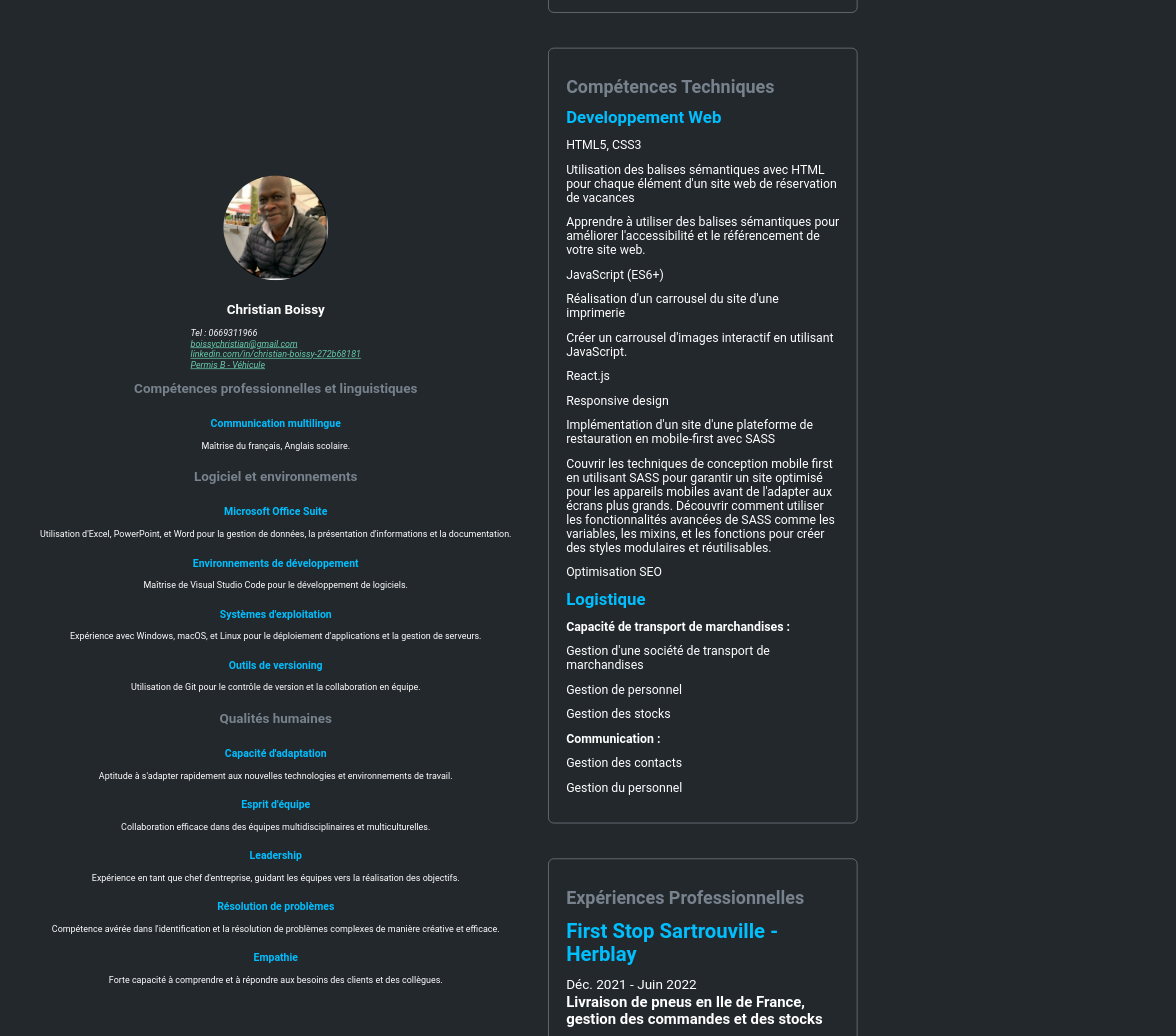
Repository: Christian121966/cv-logistique
Page: /
The author's editor kept a copy of each file at every save. The page is drawn from the files as they stood at one save, then again after a run of saves.
The browser window is 1280 px wide. The page is 1680 px wide, so the pictures cover 1680 px, including what lies to the right of the window. The pictures show the part of the page from y = 466 to 1946 px (the page is 2572 px tall before and 2627 px after), at 70% of full size.
The project was rebuilt for these pictures with package versions that can differ from the ones it lists, and the page was loaded fresh each time.

Above is the page before, as saved 2024-07-27 19:12:44.

### public/index.html
<!DOCTYPE html>
<html lang="en">
  <head>
    <meta charset="utf-8" />
    <link rel="icon" href="%PUBLIC_URL%/favicon.ico" />
    <meta name="viewport" content="width=device-width, initial-scale=1" />
    <meta name="theme-color" content="#000000" />
    <meta name="description" content="Curriculum Vitae de Christian Boissy, développeur web front-end" />
    <meta name="keywords" content="Christian Boissy, CV, développeur front-end, React, Node.js, JavaScript" />
    <meta name="author" content="Christian Boissy" />

    <!-- Open Graph Meta Tags -->
    <meta property="og:title" content="CV de Christian Boissy" />
    <meta property="og:description" content="Curriculum Vitae de Christian Boissy, développeur web front-end" />
    <meta property="og:image" content="%PUBLIC_URL%/logo192.png" />
    <meta property="og:url" content="https://christian121966.github.io/cv-christian-boissy/" />
    <meta property="og:type" content="website" />

    <!-- Twitter Card Meta Tags -->
    <meta name="twitter:card" content="summary_large_image" />
    <meta name="twitter:title" content="CV de Christian Boissy" />
    <meta name="twitter:description" content="Curriculum Vitae de Christian Boissy, développeur web front-end" />
    <meta name="twitter:image" content="%PUBLIC_URL%/logo192.png" />

    <link rel="apple-touch-icon" href="%PUBLIC_URL%/logo192.png" />
    <link rel="manifest" href="%PUBLIC_URL%/manifest.json" />
    <title>CV-CHRISTIAN-BOISSY</title>

    <!-- Google Analytics -->
    <script async src="https://www.googletagmanager.com/gtag/js?id=G-K4EJ3NRTQS"></script>
    <script>
      window.dataLayer = window.dataLayer || [];
      function gtag(){dataLayer.push(arguments);}
      gtag('js', new Date());
      gtag('config', 'G-K4EJ3NRTQS');
    </script>
  </head>
  <body>
    <noscript>You need to enable JavaScript to run this app.</noscript>
    <div id="root"></div>
    <!--
      This HTML file is a template.
      If you open it directly in the browser, you will see an empty page.

      You can add webfonts, meta tags, or analytics to this file.
      The build step will place the bundled scripts into the <body> tag.

      To begin the development, run `npm start` or `yarn start`.
      To create a production bundle, use `npm run build` or `yarn build`.
    -->
  </body>
</html>

### src/index.js
import React from 'react';
import ReactDOM from 'react-dom/client';
import './index.css';
import App from './App';
import ReactGA from 'react-ga4';

ReactGA.initialize('G-K4EJ3NRTQS', {
  cookieFlags: 'SameSite=None; Secure'
});

ReactGA.send('pageview');

const root = ReactDOM.createRoot(document.getElementById('root'));
root.render(
  <React.StrictMode>
    <App />
  </React.StrictMode>
);

### src/App.js
import React from 'react';
import './App.css';
import Footer from './components/Footer';
import Section from './components/Section';
import Sidebar from './components/Sidebar';
import Formation from './components/Formation';
import CompetencesTechniques from './components/CompetencesTechniques';
import ExperiencesProfessionnelles from './components/ExperiencesProfessionnelles';

function App() {
  return (
    <div className="App">
      <header className="cv-title">
        <h1>Développeur - intégrateur Web</h1>
      </header>
      <div className="container">
        <Sidebar />
        <main>
          <div className="card">
            <Section title="Formation">
              <Formation />
            </Section>
          </div>
          <div className="card">
            <Section title="Compétences Techniques">
              <CompetencesTechniques />
            </Section>
          </div>
          <div className="card">
            <Section title="Expériences Professionnelles">
              <ExperiencesProfessionnelles />
            </Section>
          </div>
        </main>
      </div>
      <Footer />
    </div>
  );
}

export default App;

### src/App.css
@charset "UTF-8";
/* Variables de couleurs */
/* Mixins */
*,
*::before,
*::after {
  box-sizing: border-box;
  margin: 0;
  padding: 0;
}

body {
  background-color: rgb(35, 40, 45);
  color: rgb(255, 255, 255);
  font-family: "Roboto", sans-serif;
  padding: 0;
  margin: 0;
  overflow-x: hidden;
  overflow-y: auto;
}
body header.cv-title {
  display: flex;
  justify-content: center;
  position: relative;
  top: 185px;
  left: 0;
  margin-bottom: 2px;
}
body header.cv-title h1 {
  color: rgb(120, 130, 140);
  font-size: 1em;
}
body .container {
  display: flex;
  flex-direction: column;
  padding: 10px;
}
body .container .container {
  display: flex;
  flex-direction: column;
  padding: 10px;
}
body .container .sidebar {
  width: 100%;
  font-size: 0.8em;
  display: flex;
  flex-direction: column;
  justify-content: center;
  align-items: center;
  padding: 2px;
}
body .container .sidebar h2 {
  font-size: 1.5em;
  text-align: center;
  margin: 15px 0 15px 0;
  color: rgb(120, 130, 140);
}
body .container .sidebar .profile-photo {
  width: 150px;
  height: 150px;
  border-radius: 50%;
  margin-bottom: 30px;
  cursor: pointer;
  transition: width 0.3s ease, height 0.3s ease;
}
body .container .sidebar .profile-photo:hover {
  width: 360px;
  height: 360px;
  border-radius: 50%;
  margin-bottom: 30px;
}
body .container .sidebar address {
  margin-top: 15px;
}
body .container .sidebar address a {
  color: mediumaquamarine;
}
body .container .sidebar ul {
  list-style-type: none;
  text-align: center;
}
body .container .sidebar ul h3 {
  margin: 15px 0 15px 0;
  color: deepskyblue;
}
body .container .sidebar ul li {
  display: flex;
  flex-direction: column;
  margin-bottom: 10px;
  overflow-y: auto;
}
body .container .sidebar ul li li > span {
  display: block; /* Assurez-vous que span est affiché comme bloc */
  text-align: center; /* Exemple de centrage de span */
  color: #777; /* Exemple de couleur de texte */
}
body main {
  margin: 0;
}
body section h2 {
  font-size: 1.2em;
  margin: 15px 0 15px 0;
}
body .card {
  margin: 5px;
  padding: 10px;
  background: rgb(35, 40, 45);
  border: 1px solid rgb(120, 130, 140);
  border-radius: 8px;
}
body .card div, body .card ul {
  font-size: 0.9em;
  list-style-type: none;
  margin-bottom: 10px;
}
body .card h2 {
  color: rgb(120, 130, 140);
}
body .card h3 {
  font-size: 1.1em;
  margin: 15px 0 15px 0;
  color: deepskyblue;
}
body li {
  margin-bottom: 15px;
}
body p {
  font-size: 1em;
}
body footer p {
  font-size: 0.6em;
  display: flex;
  justify-content: center;
  text-align: center;
}

/* Pour les écrans de 320px à 425px */
@media screen and (max-width: 425px) {
  body header.cv-title {
    position: relative;
    top: 190px;
    left: 0;
    margin-bottom: 2px;
    text-align: center;
  }
  body header.cv-title h1 {
    color: rgb(120, 130, 140);
    font-size: 1.2em;
  }
  body .container {
    display: flex;
    flex-direction: column;
    padding: 10px;
  }
  body .sidebar {
    width: 100%;
    font-size: 0.8em;
    display: flex;
    flex-direction: column;
    justify-content: center;
    align-items: center;
    padding: 2px;
  }
  body .sidebar h2 {
    font-size: 1.1em;
    text-align: center;
    margin: 15px 0;
    color: rgb(120, 130, 140);
  }
  body .sidebar .profile-photo {
    width: 150px;
    height: 150px;
    border-radius: 50%;
    margin-bottom: 30px;
  }
  body .sidebar address {
    margin-top: 0;
  }
  body .sidebar address a {
    color: mediumaquamarine;
  }
  body .sidebar ul {
    list-style-type: none;
  }
  body .sidebar ul h3 {
    margin: 15px 0;
    color: deepskyblue;
    text-align: center;
  }
  body .sidebar ul li {
    margin-bottom: 10px;
    text-align: center;
  }
  body .sidebar ul li span {
    display: block;
    color: #ccc;
  }
  body main {
    margin: 0;
    padding: 15px;
  }
  body section h2 {
    font-size: 1.3em;
    margin: 15px 0;
  }
  body .card {
    margin: 10px;
    padding: 12px;
    background: rgb(35, 40, 45);
    border: 1px solid rgb(120, 130, 140);
    border-radius: 8px;
  }
  body .card div, body .card ul {
    font-size: 0.9em;
    list-style-type: none;
  }
  body .card h3 {
    font-size: 1.2em;
    margin: 15px 0;
    color: deepskyblue;
  }
  body p {
    font-size: 1em;
  }
  body footer p {
    font-size: 0.8em;
    display: flex;
    justify-content: center;
    text-align: center;
    margin: 10px;
  }
}
/* Pour les écrans de 768px et plus */
@media screen and (min-width: 768px) {
  body header.cv-title {
    top: 140px;
    left: 160px;
    margin-bottom: 20px;
  }
  body header.cv-title h1 {
    font-size: 1.5em;
  }
  body .container {
    display: flex;
    flex-direction: row;
    padding: 25px;
  }
  body .sidebar {
    width: 35%;
    font-size: 1.1em;
    padding: 15px;
    display: flex;
    flex-direction: column;
    justify-content: flex-start;
    align-items: center;
  }
  body .sidebar .profile-photo {
    width: 180px;
    height: 180px;
  }
  body .sidebar h2 {
    font-size: 1.3em;
  }
  body main {
    width: 65%;
    padding: 0 25px;
    display: flex;
    flex-direction: column;
    margin-top: 150px;
  }
  body section h2 {
    font-size: 1.5em;
  }
  body .card {
    margin: 20px 0;
    padding: 20px;
    background: rgb(35, 40, 45);
    border: 1px solid rgb(120, 130, 140);
    border-radius: 8px;
  }
  body .card div, body .card ul {
    font-size: 0.9em;
  }
  body .card h3 {
    font-size: 1.4em;
  }
  body p {
    font-size: 0.9em;
  }
  footer {
    display: flex;
    justify-content: center;
    align-items: center;
    margin-top: 20px;
  }
  footer p {
    font-size: 0.8em;
  }
}
/* Pour les écrans de 1024px et plus */
@media screen and (min-width: 1024px) {
  body header.cv-title {
    top: 170px;
    left: 400px;
    margin-bottom: 25px;
    overflow-y: hidden;
    overflow-x: hidden;
  }
  body header.cv-title h1 {
    font-size: 1.7em;
  }
  body .container {
    padding: 30px;
  }
  body .sidebar {
    width: 35%;
    font-size: 1.2em;
    padding: 20px;
  }
  body .sidebar .profile-photo {
    width: 190px;
    height: 190px;
  }
  body .sidebar h2 {
    font-size: 1.4em;
  }
  body section h2 {
    font-size: 1.6em;
  }
  body .card {
    margin: 25px 0;
    padding: 25px;
  }
  body .card div, body .card ul {
    font-size: 1.1em;
  }
  body .card h3 {
    font-size: 1.5em;
  }
  body p {
    font-size: 1em;
  }
}/*# sourceMappingURL=App_20240721023703.css.map */

### src/components/Footer.js
import React from 'react';

const Footer = () => {
  return (
    <footer>
      <p>© 2024 Christian Boissy. Tous droits réservés.</p>
    </footer>
  );
};

export default Footer;

### src/components/Section.js
import React from 'react';

const Section = ({ title, children }) => {
  return (
    <section>
      <h2>{title}</h2>
      {children}
    </section>
  );
};

export default Section;

### src/components/Sidebar.js
import React from 'react';
import ReactGA from 'react-ga4';

function handleEmailClick() {
  ReactGA.event({
    category: 'User',
    action: 'Clicked on Email Link',
    label: 'Email'
  });
}

function handleLinkedInClick() {
  ReactGA.event({
    category: 'User',
    action: 'Clicked on LinkedIn Link',
    label: 'LinkedIn'
  });
}

const Sidebar = () => {
  return (
    <aside className="sidebar">
      <img src={`${process.env.PUBLIC_URL}/images/Chris.png`} alt="Chris" className="profile-photo" />
      <h1>Christian Boissy</h1>
      <address>
        Tel : 0669311966<br />
        <a href="mailto:boissychristian@gmail.com" onClick={handleEmailClick}>boissychristian@gmail.com</a><br />
        <a href="https://linkedin.com/in/christian-boissy-272b68181" target="_blank" rel="noopener noreferrer" onClick={handleLinkedInClick}>
          linkedin.com/in/christian-boissy-272b68181
          <p>Permis B - Véhicule</p>
        </a>
      </address>
      <h2>Compétences professionnelles et linguistiques</h2>
      <ul>
        <li>
          <h3>Communication multilingue</h3>
          <span>Maîtrise du français, Anglais scolaire.</span>
        </li>
      </ul>
      <h2>Logiciel et environnements</h2>
      <ul>
        <li>
          <h3>Microsoft Office Suite</h3>
          <span>Utilisation d'Excel, PowerPoint, et Word pour la gestion de données, la présentation d'informations et la documentation.</span>
        </li>
        <li>
          <h3>Environnements de développement</h3>
          <span>Maîtrise de Visual Studio Code pour le développement de logiciels.</span>
        </li>
        <li>
          <h3>Systèmes d'exploitation</h3>
          <span>Expérience avec Windows, macOS, et Linux pour le déploiement d'applications et la gestion de serveurs.</span>
        </li>
        <li>
          <h3>Outils de versioning</h3>
          <span>Utilisation de Git pour le contrôle de version et la collaboration en équipe.</span>
        </li>
      </ul>
      <h2>Qualités humaines</h2>
      <ul>
        <li>
          <h3>Capacité d'adaptation</h3>
          <span>Aptitude à s'adapter rapidement aux nouvelles technologies et environnements de travail.</span>
        </li>
        <li>
          <h3>Esprit d'équipe</h3>
          <span>Collaboration efficace dans des équipes multidisciplinaires et multiculturelles.</span>
        </li>
        <li>
          <h3>Leadership</h3>
          <span>Expérience en tant que chef d'entreprise, guidant les équipes vers la réalisation des objectifs.</span>
        </li>
        <li>
          <h3>Résolution de problèmes</h3>
          <span>Compétence avérée dans l'identification et la résolution de problèmes complexes de manière créative et efficace.</span>
        </li>
        <li>
          <h3>Empathie</h3>
          <span>Forte capacité à comprendre et à répondre aux besoins des clients et des collègues.</span>
        </li>
      </ul>
    </aside>
  );
};

export default Sidebar;

### src/components/Formation.js
import React from 'react';
import cvData from '../data/cvData';

function Formation() {
  return (
    <>
      {cvData.formation.map((item, index) => (
        <div key={index}>
          <strong>{item.date}</strong> {item.title} - {item.details}
        </div>
      ))}
    </>
  );
}

export default Formation;

### src/components/CompetencesTechniques.js
import React from 'react';
import cvData from '../data/cvData';

function CompetencesTechniques() {
  // Liste des éléments à mettre en gras
  const boldItems = [
    "Developpement Web",
    "Logistique",
    "Capacité de transport de marchandises",
    "CACES 1, 2, 3 & 5",
    "Communication"
  ];

  // Fonction pour vérifier si l'élément doit être en gras
  const isBold = (item) => {
    return boldItems.some(boldItem => item.includes(boldItem));
  };

  return (
    <>
      <h3>Developpement Web</h3>
      <ul>
        {cvData.competences.developpementWeb.map((item, index) => (
          <li key={index}>
            {isBold(item) ? <strong>{item}</strong> : item}
          </li>
        ))}
      </ul>
      <h3>Logistique</h3>
      <ul>
        {cvData.competences.logistique.map((item, index) => (
          <li key={index}>
            {isBold(item) ? <strong>{item}</strong> : item}
          </li>
        ))}
      </ul>
      {/* <h3>Communication</h3>
      <ul>
        {cvData.competences.communication.map((item, index) => (
          <li key={index}>
            {isBold(item) ? <strong>{item}</strong> : item}
          </li>
        ))}
      </ul> */}
    </>
  );
}

export default CompetencesTechniques;

### src/components/ExperiencesProfessionnelles.js
import React from 'react';
import cvData from '../data/cvData';

function ExperiencesProfessionnelles() {
  // Vérifiez que cvData.experiences est défini et qu'il s'agit d'un tableau
  if (!cvData.experiences || !Array.isArray(cvData.experiences)) {
    return <div>Aucune expérience professionnelle disponible.</div>;
  }

  return (
    <div>
      {cvData.experiences.map((exp, index) => (
        <div key={index}>
          <h3>{exp.title}</h3>
          <p>{exp.date}</p>
          {exp.details && exp.details.map((detail, idx) => (
            typeof detail === 'string' ?
              <p key={idx}>{detail}</p> :
              <div key={idx}>
                <strong>{detail.highlight}</strong>
                {detail.list ? <ul>{detail.list.map((item, itemIdx) => <li key={itemIdx}>{item}</li>)}</ul> : <p>{detail.description}</p>}
              </div>
          ))}
          {/* Si exp.details n'est pas défini, affichez un message ou laissez vide */}
          {!exp.details && <p></p>}
        </div>
      ))}
    </div>
  );
}

export default ExperiencesProfessionnelles;

### src/data/cvData.js
const cvData = {
    formation: [
      {
        date: "Mars 2023",
        title: "Intégrateur Web chez Openclassroom",
        /*details: "HTML/CSS - JavaScript - React - Redux - MongoDB - Git - GitHub - Responsive design"*/
      },
      {
        title: "Capacité de transport de marchandises",
      },
      {
        title: "DUT Gestion, Comptabilité"
      }
    ],
    competences: {
      developpementWeb: [
        "HTML5, CSS3",
        "Utilisation des balises sémantiques avec HTML pour chaque élément d'un site web de réservation de vacances",
        "Apprendre à utiliser des balises sémantiques pour améliorer l'accessibilité et le référencement de votre site web.",
        "JavaScript (ES6+)",
        "Réalisation d'un carrousel du site d'une imprimerie",
        "Créer un carrousel d'images interactif en utilisant JavaScript.",
        "React.js",
        "Responsive design",
        "Implémentation d'un site d'une plateforme de restauration en mobile-first avec SASS",
        "Couvrir les techniques de conception mobile first en utilisant SASS pour garantir un site optimisé pour les appareils mobiles avant de l'adapter aux écrans plus grands. Découvrir comment utiliser les fonctionnalités avancées de SASS comme les variables, les mixins, et les fonctions pour créer des styles modulaires et réutilisables.",
        "Optimisation SEO"
      ],
      logistique: [

        "Capacité de transport de marchandises :",
        "Gestion d'une société de transport de marchandises",
        "Gestion de personnel",
        "Gestion des stocks",
        "Communication :",
        "Gestion des contacts",
        "Gestion du personnel"
      ]
    },
    experiences: [
      {
        date: "Déc. 2021 - Juin 2022",
        title: "First Stop Sartrouville - Herblay",
        details: [
          { highlight: "Livraison de pneus en Ile de France, gestion des commandes et des stocks" },
        ]
      },
      {
        date: "2007 - 2021",
        title: "Gérant de société de transport - Paris",
        details: [
          { highlight: "Livraison de colis en partenariat avec Colisweb"},
          { highlight: "Livraison avec SVP"},
          { highlight: "Livraison avec CG Courses"}
        ]
      },
      {
        date: "1999 - 2007",
        title: "Cariste gestionnaire de stocks - Rougier Panneaux - Gennevilliers",
        details: [
          { highlight: "Chargement et déchargemement de colis de panneaux de bois"},
          { highlight: "Gestion du stock"},
          { highlight: "Préparation des commandes"}
        ]
      }
    ]
  };

  export default cvData;

Loaded but not shown: src/index.css (common file)

After the next 4 saves:
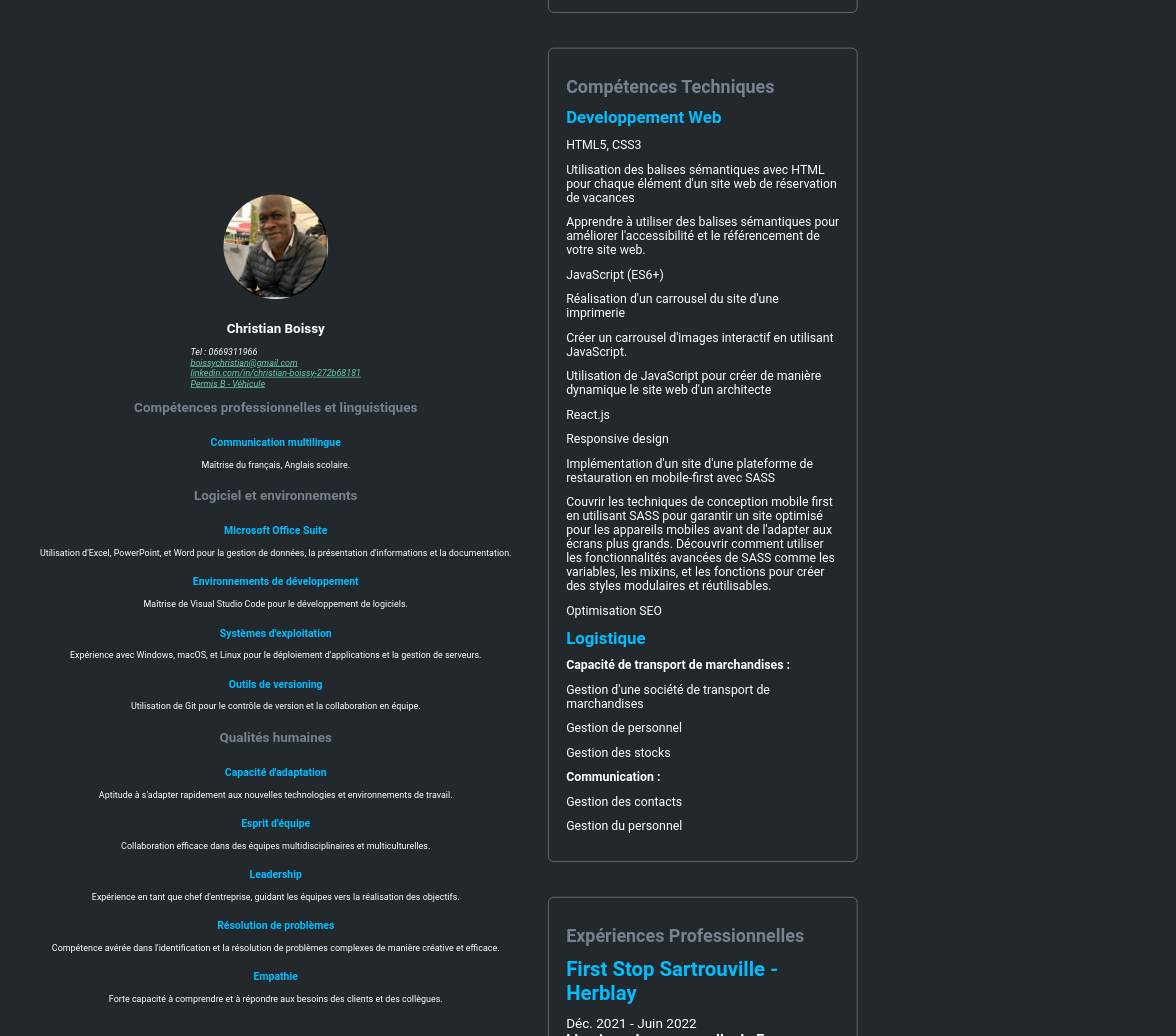
The 4 saves are shown as one change because 1 did not build or start and some came seconds apart.
The last was saved 35 s later.
--- a/src/data/cvData.js
+++ b/src/data/cvData.js
@@ -20,6 +20,7 @@ const cvData = {
         "JavaScript (ES6+)",
         "Réalisation d'un carrousel du site d'une imprimerie",
         "Créer un carrousel d'images interactif en utilisant JavaScript.",
+        "Utilisation de JavaScript pour créer de manière dynamique le site web d\'un architecte",
         "React.js",
         "Responsive design",
         "Implémentation d'un site d'une plateforme de restauration en mobile-first avec SASS",
